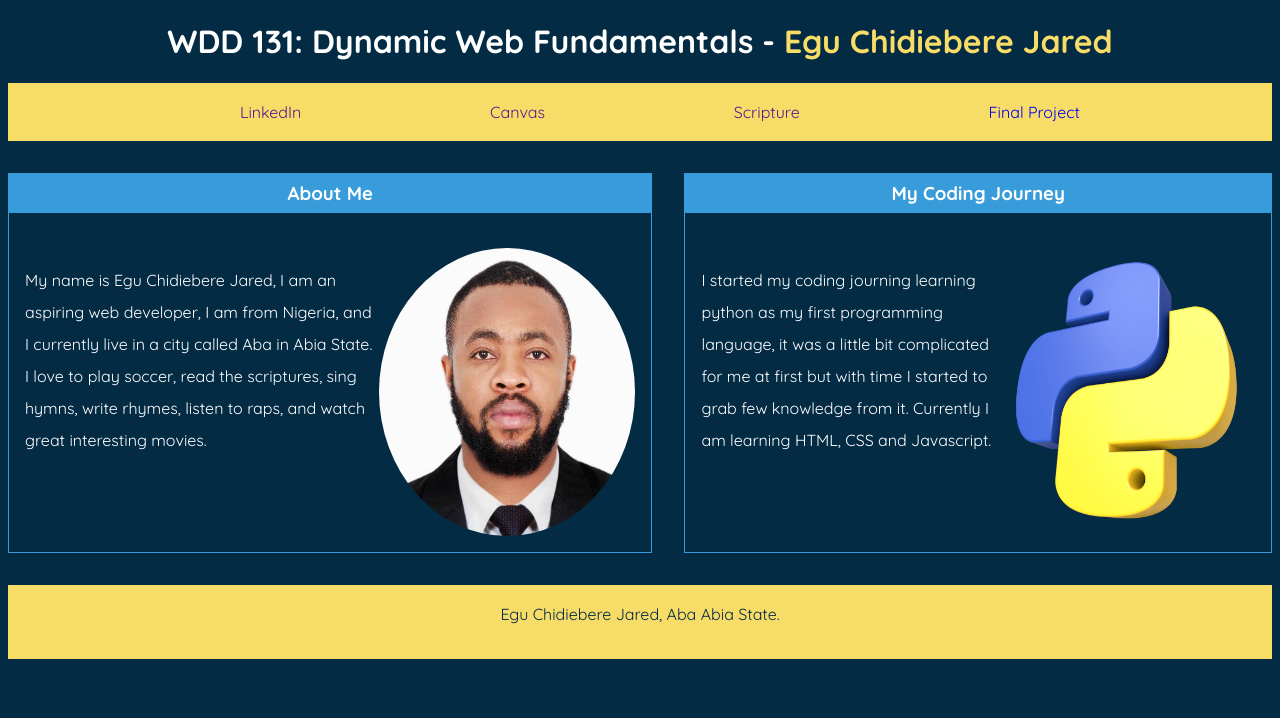
Repository: EguJaredoBoyd/wdd131
Page: index.html
These files come from the project's save history. The page is drawn as it stood at one moment and after the next save; the edit follows.
The browser window is 1280 px wide. The pictures show the whole page.

Above is the page before, as saved 2025-05-09 13:57:09.

### index.html
<!DOCTYPE html>
<html lang="en">
<head>
    <meta charset="UTF-8">
    <meta name="viewport" content="width=device-width, initial-scale=1.0">
    <title>WDD 131 ― Dynamic Web Fundamentals ― Egu Chidiebere Jared</title>
    <meta name="description" content="WDD 131 ― Dynamic Web Fundamentals ― Egu Chidiebere Jared: This page shows a simple layout which uses HTML, CSS and Javascript code to design a basic page with functionality">
    <meta name="author" content="Egu Chidiebere Jared">
    <link rel="preconnect" href="https://fonts.googleapis.com">
    <link rel="preconnect" href="https://fonts.gstatic.com" crossorigin>
    <link href="https://fonts.googleapis.com/css2?family=Quicksand:wght@300..700&display=swap" rel="stylesheet">
    <link rel="stylesheet" href="./styles/base.css">
    <script src="./scripts/getdates.js" defer></script>
</head>
<body>
    <header>
        <h1>
            WDD 131: Dynamic Web Fundamentals - <span>Egu Chidiebere Jared</span>
        </h1>
        <nav>
            <ul>
                <li>
                    <a href="">LinkedIn</a>
                </li>
                <li>
                    <a href="">Canvas</a>
                </li>
                <li>
                    <a href="">Scripture</a>
                </li>
                <li>
                    <a href="#">Final Project</a>
                </li>
            </ul>
        </nav>

    </header>

    <main>
        <section class="card">
            <h3>About Me</h3>
            <div>
                <p>
                    My name is Egu Chidiebere Jared, I am an aspiring web developer, I am from Nigeria, and I currently live in a city called Aba in Abia State. I love to play soccer, read the scriptures, sing hymns, write rhymes, listen to raps, and watch great interesting movies.
                </p>
                <img src="./images/jared.jpg" alt="Jared">
            </div>
        </section>
        <section class="card">
            <h3>My Coding Journey</h3>
            <div>
                <p>
                    I started my coding journing learning python as my first programming language, it was a little bit complicated for me at
                    first but with time I started to grab few knowledge from it. Currently I am learning HTML, CSS and Javascript.
                </p>
                <img src="./images/python.webp" alt="Python Code Logo">
            </div>
        </section>
    </main>

    <footer>
        <p>
            <span id="currentyear"></span>
            Egu Chidiebere Jared, Aba Abia State.

        </p>
        <p id="lastModified"></p>
    </footer>

</body>
</html>

### styles/base.css
html{
    color: white;
    background-color: #032B44;
    font-family: "Quicksand", sans-serif;
}
header{
    background-color: #032B44;
}
header h1{
    text-align: center;
}
Header h1 span{
    color:#F7DC67;
}
nav{
    background-color: #F7DC67;
    padding: 0.2rem;
}
header nav ul{
    display: flex;
    justify-content:space-evenly;
}
header nav ul li{
    list-style-type: none;
}
header nav ul li a{
    text-decoration: none;
}
main{
    display: flex;
    gap: 2rem;
}
.card{
    border-left: 1px solid #399cda;
    border-right: 1px solid #399cda;
    border-bottom: 1px solid #399cda;
    margin-top: 1px solid #399cda;
    margin-top: 2rem;
}
.card h3{
    text-align: center;
    background-color: #399cda;
    padding: 0.5rem;
    margin-top: 0;

}
.card img{
    height: 40vh;
    width: 20vw;
    border-radius: 50%;
}
.card div{
    display: flex;
    padding: 1rem;
}
.card p{
    line-height: 2rem;
}
footer{
    text-align: center;
    margin-top: 2rem;
    background-color: #F7DC67;
    color: #032B44;
    padding: 0.2rem;
}
footer p{
    display: flex;
    flex-direction: column;
}

### scripts/getdates.js
const lastModifiedDate = new Date(document.lastModified);
console.log(lastModifiedDate);

After the next save:
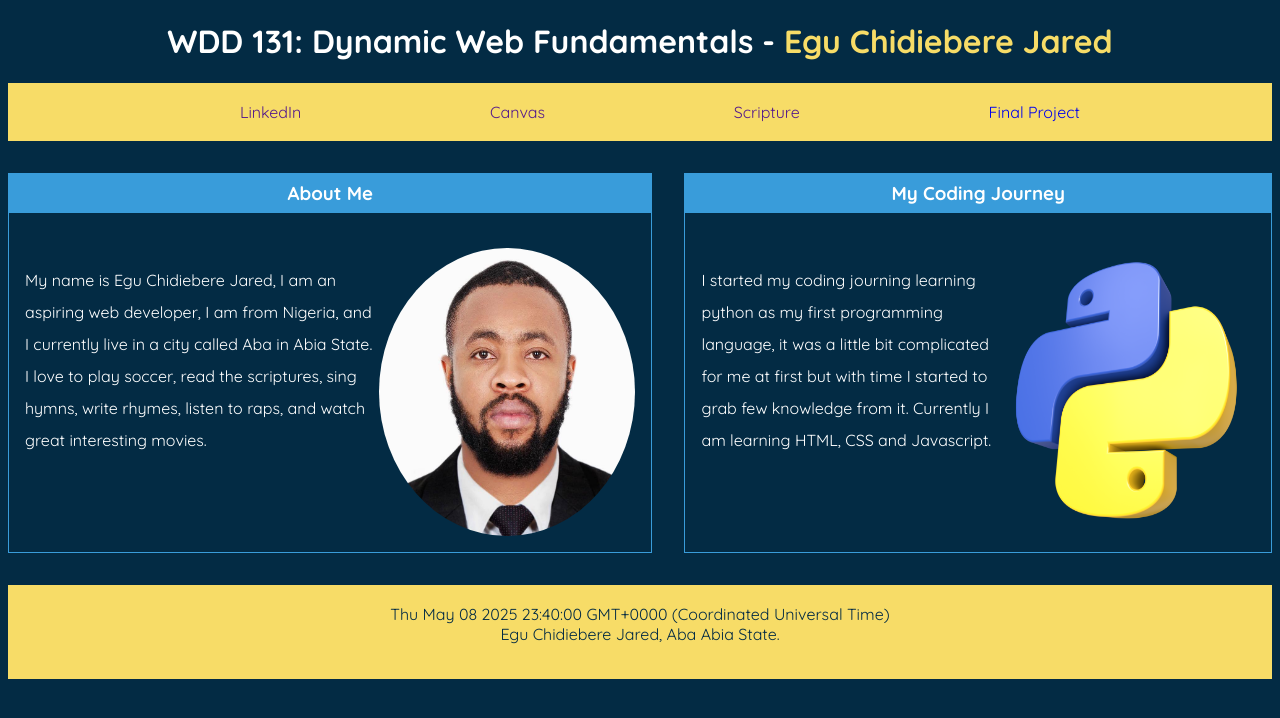
Saved 3 min 38 s later.
--- a/scripts/getdates.js
+++ b/scripts/getdates.js
@@ -1,2 +1,3 @@
 const lastModifiedDate = new Date(document.lastModified);
 console.log(lastModifiedDate);
+document.getElementById("currentyear").textContent = lastModifiedDate;
